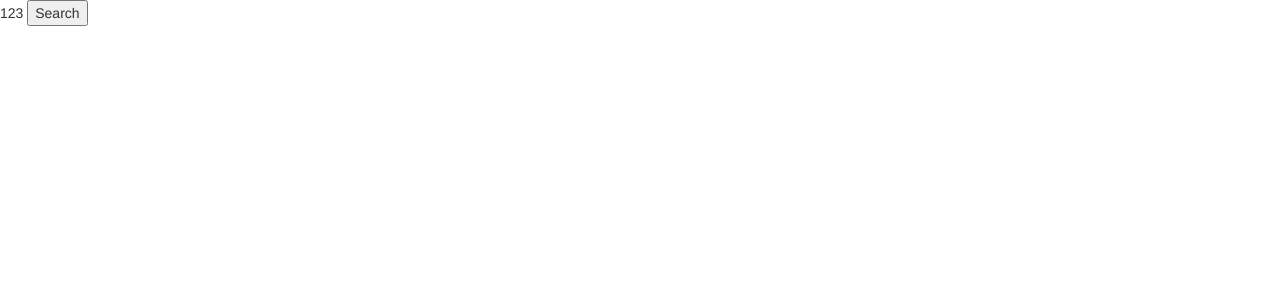
Repository: emriti/jose-jwt
Page: WebClient/WebContent/lookups/nim/lookup-nim.html
An editor plug-in stored every save of this project. The page is shown before and after the next save, followed by the edit.
The browser window is 1280 px wide. The pictures show the whole page.
Some web libraries are served in a nearby version.

Above is the page before, as saved 2016-09-19 11:30:28.

### WebClient/WebContent/lookups/nim/lookup-nim.html
<!DOCTYPE html>
<html>
<head>
<meta charset="ISO-8859-1">
<script
	src="https://ajax.googleapis.com/ajax/libs/jquery/1.12.4/jquery.min.js"></script>
<!-- Latest compiled and minified CSS -->
<link rel="stylesheet"
	href="https://maxcdn.bootstrapcdn.com/bootstrap/3.3.7/css/bootstrap.min.css"
	integrity="sha384-BVYiiSIFeK1dGmJRAkycuHAHRg32OmUcww7on3RYdg4Va+PmSTsz/K68vbdEjh4u"
	crossorigin="anonymous">
<!-- Optional theme -->
<link rel="stylesheet"
	href="https://maxcdn.bootstrapcdn.com/bootstrap/3.3.7/css/bootstrap-theme.min.css"
	integrity="sha384-rHyoN1iRsVXV4nD0JutlnGaslCJuC7uwjduW9SVrLvRYooPp2bWYgmgJQIXwl/Sp"
	crossorigin="anonymous">
<!-- Latest compiled and minified JavaScript -->
<script
	src="https://maxcdn.bootstrapcdn.com/bootstrap/3.3.7/js/bootstrap.min.js"
	integrity="sha384-Tc5IQib027qvyjSMfHjOMaLkfuWVxZxUPnCJA7l2mCWNIpG9mGCD8wGNIcPD7Txa"
	crossorigin="anonymous"></script>
<script
	src="http://ajax.googleapis.com/ajax/libs/angularjs/1.4.7/angular.js"></script>
<script type="text/javascript" src="lookup-nim.js"></script>
</head>
<body ng-app="lookupNim" ng-controller="lookupNimController as nimCtrl">
	{{nimCtrl.nim}}
	<button type="button" ng-click="nimCtrl.open()" data-toggle="modal"
		data-target="#nimModal">Search</button>
	<div id="nimModal" class="modal fade">
		<div class="modal-dialog">
			<div class="modal-content">
				<div class="modal-body">
					<table>
						<tr>
							<td>Nim</td>
							<td>:</td>
							<td><input type="text" ng-model="nimCtrl.nim"></input></td>
							<td><button data-dismiss="modal">Select</button></td>
						</tr>
					</table>
				</div>
			</div>
		</div>
	</div>
</body>
</html>

### WebClient/WebContent/lookups/nim/lookup-nim.js
(function() {
	var app = angular.module('lookupNim', []);
	app.controller('lookupNimController', function() {
		this.nim = "123";
		this.open = function() {
			var tmp = this;
			tmp.nim = "";
		};
	});
	app.directive('lookupNim', function(){
		return { templateUrl: "lookup-nim.html"};
	});

})();

After the next save:
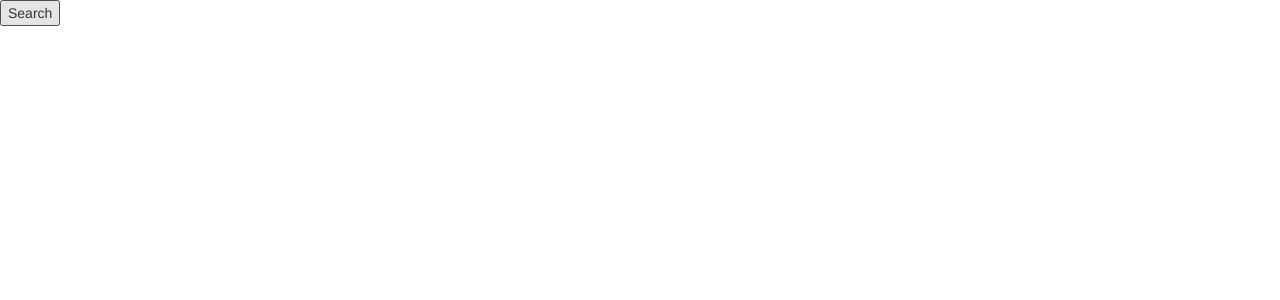
Saved 23 s later.
--- a/WebClient/WebContent/lookups/nim/lookup-nim.js
+++ b/WebClient/WebContent/lookups/nim/lookup-nim.js
@@ -1,7 +1,7 @@
 (function() {
 	var app = angular.module('lookupNim', []);
 	app.controller('lookupNimController', function() {
-		this.nim = "123";
+		this.nim = "";
 		this.open = function() {
 			var tmp = this;
 			tmp.nim = "";
